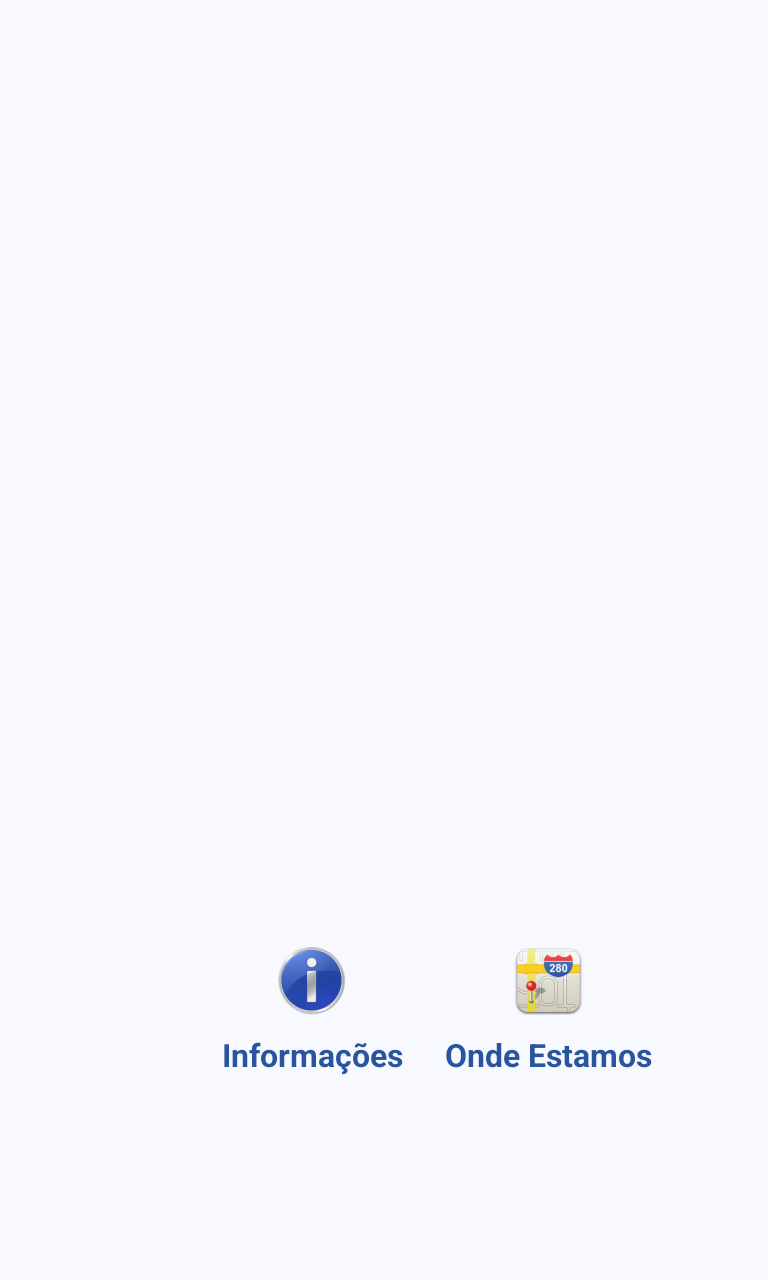
Repository: lmqs/ProjetoAndroid
Layout: TopicosProjeto/res/layout/activity_questoes.xml
An editor plug-in stored every save of this project. The layout is shown before and after the next save, followed by the edit.
It is drawn on a 768 x 1280 px phone screen (xhdpi) without system bars, with theme AppTheme; the app's code is not run.

Above is the layout before, as saved 2014-04-27 14:59:54.

After the next save:
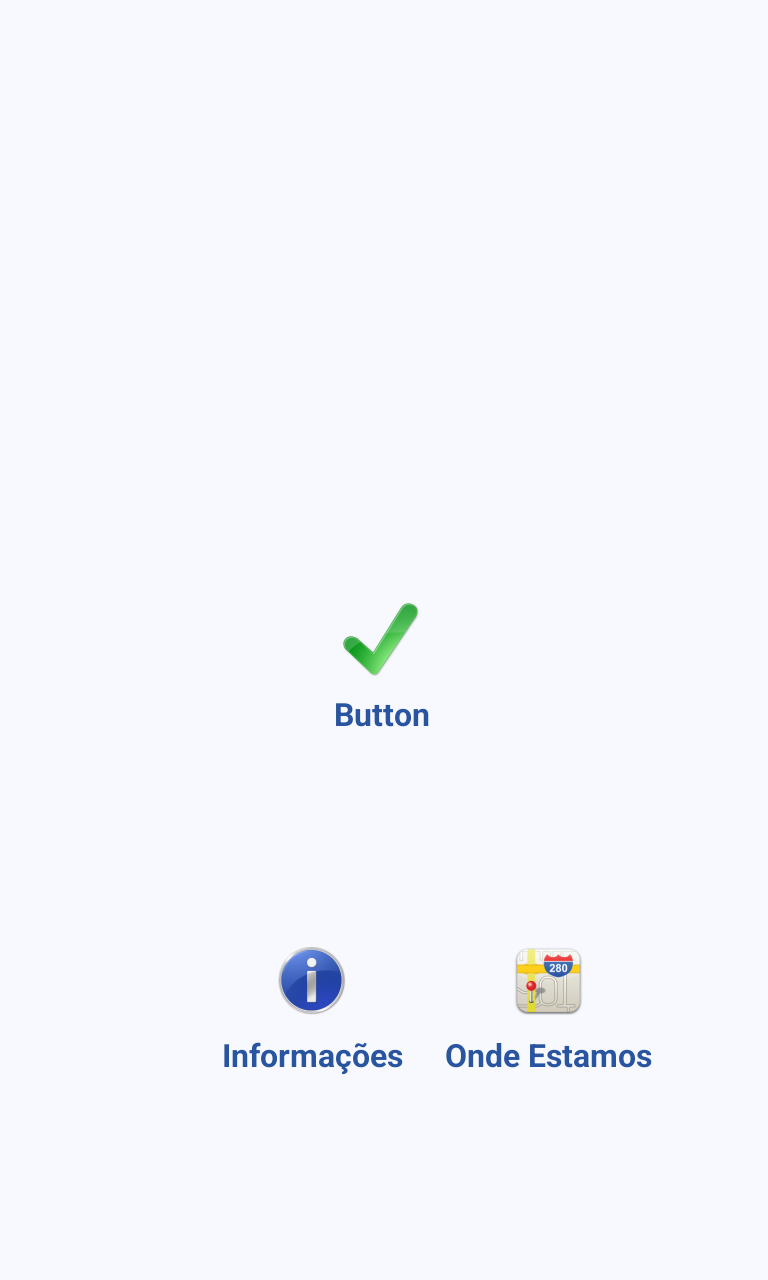
Saved 5 min 41 s later.
--- a/TopicosProjeto/res/layout/activity_questoes.xml
+++ b/TopicosProjeto/res/layout/activity_questoes.xml
@@ -35,4 +35,18 @@
         android:drawableTop="@drawable/info"
         android:text="Informações" />
 
+    <Button
+        android:id="@+id/button3"
+        style="@style/DashboardButton"
+        android:layout_width="wrap_content"
+        android:layout_height="wrap_content"
+        android:layout_above="@+id/button1"
+        android:layout_marginBottom="99dp"
+        android:layout_toLeftOf="@+id/button1"
+        android:background="@android:color/transparent"
+        android:drawableTop="@drawable/iniciar"
+        android:text="Button" />
+        android:src="@drawable/iniciar" />
+
+
 </RelativeLayout>
